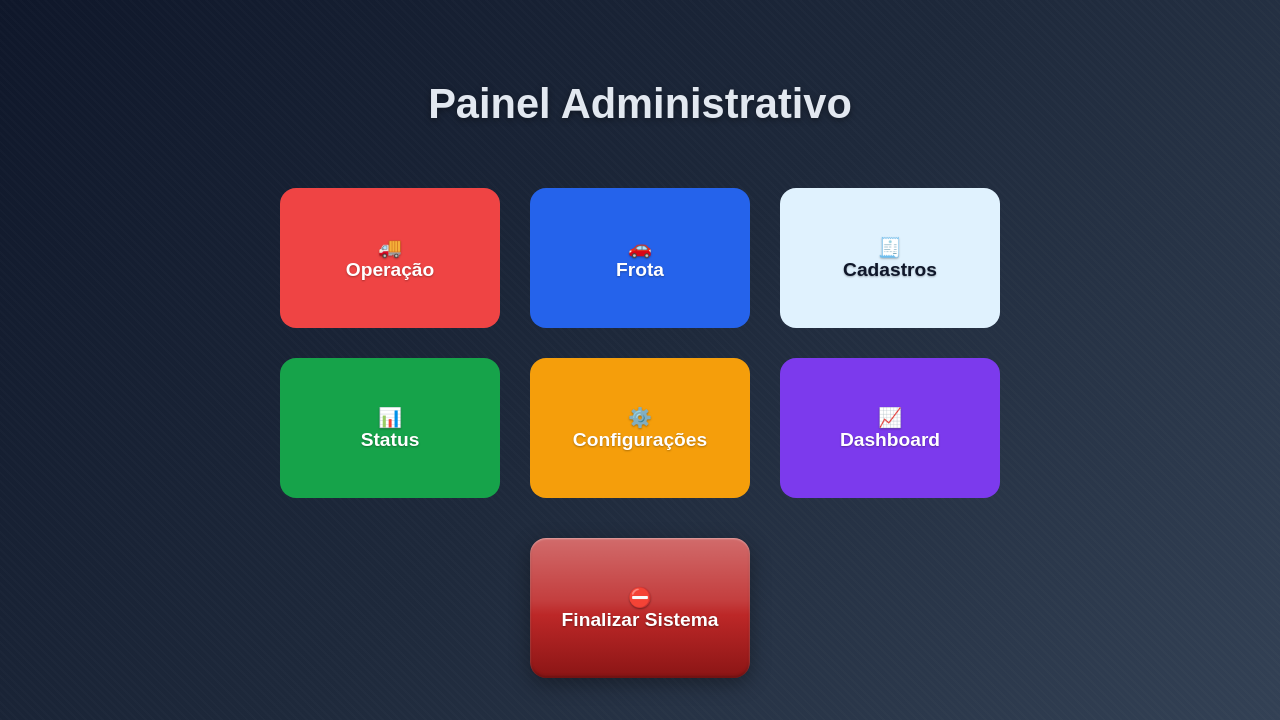
Repository: flaviofroes52/scv-vectoraLabs
Page: public/pages/painel.html
These files come from the project's save history. The page is drawn as it stood at one moment and after the next save; the edit follows.
The browser window is 1280 px wide. The pictures show the whole page.
The page's requests for data from a server got no answer.

Above is the page before, as saved 2025-11-28 09:37:57.
Console error: TypeError: Cannot read properties of null (reading 'addEventListener')

After the next save:
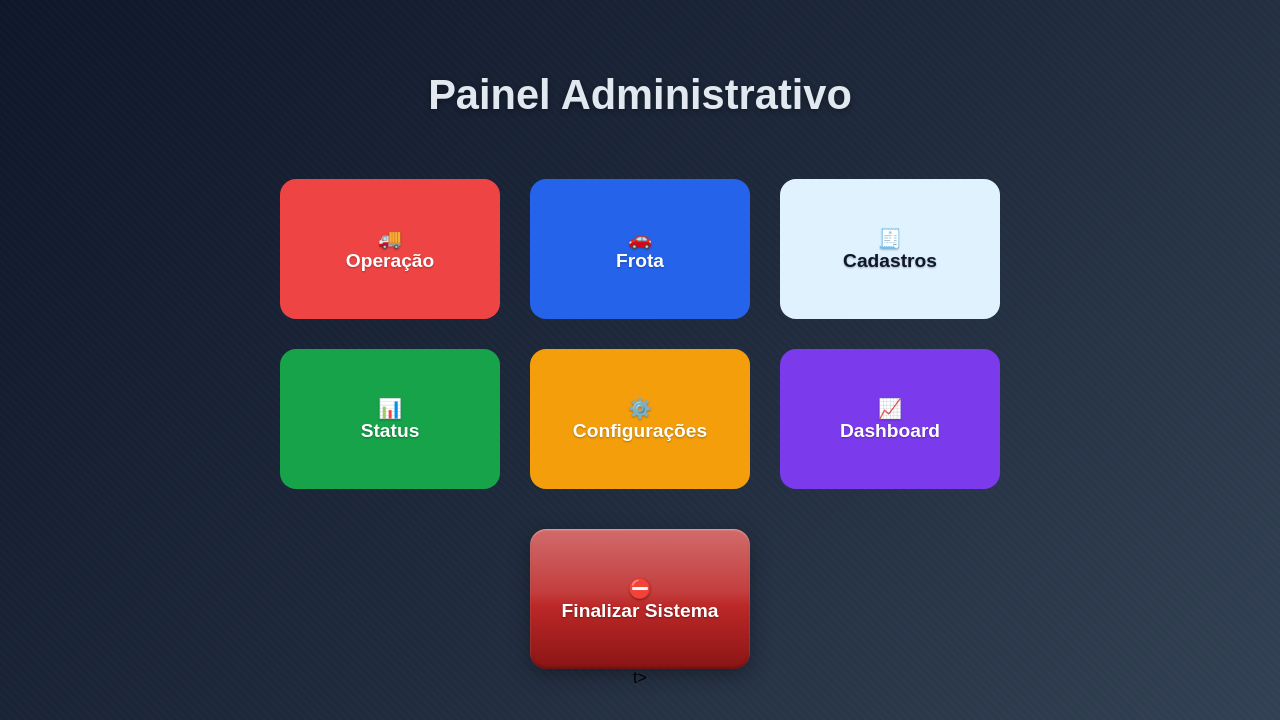
Saved 10 s later.
--- a/public/pages/painel.html
+++ b/public/pages/painel.html
@@ -94,7 +94,7 @@
       </div>
     </section>
 
-    <script type="module" src="./scripts/scripts.js"></script>
-    <script type="module" src="./scripts/modules/main.js"></script>
+    <script type="module" src="../scripts/modules/main.js"></script>
+<script type="module" src="../scripts/scripts.js"></script>t>
   </body>
 </html>

After the 3 saves that followed:
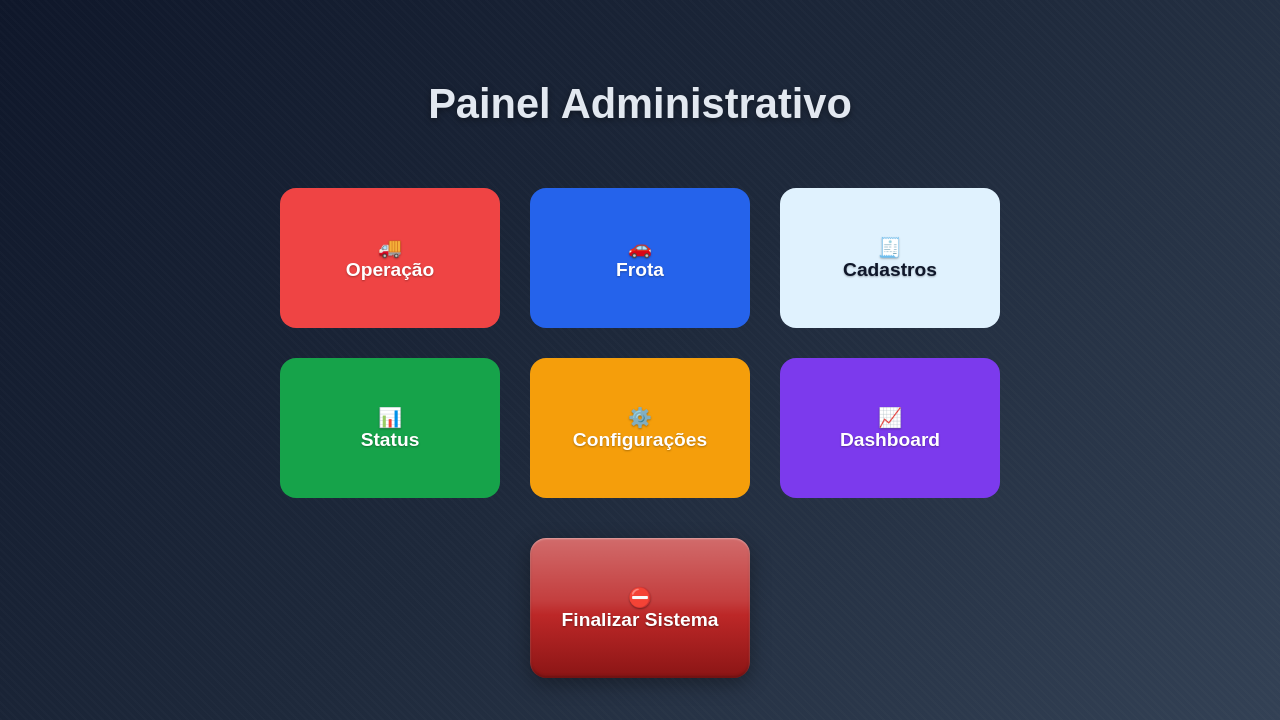
The 3 saves are shown as one change because 2 left the picture as it was.
The last was saved 5 min 18 s later.
--- a/public/pages/painel.html
+++ b/public/pages/painel.html
@@ -4,7 +4,7 @@
     <meta charset="UTF-8" />
     <meta name="viewport" content="width=device-width, initial-scale=1.0" />
     <title>Painel Administrativo — SCV</title>
-    <link rel="stylesheet" href="../styles/styles.css" />
+   <link rel="stylesheet" href="./public/styles/styles.css">
   </head>
 
   <body class="bodyMenu">
@@ -95,6 +95,6 @@
     </section>
 
     <script type="module" src="../scripts/modules/main.js"></script>
-<script type="module" src="../scripts/scripts.js"></script>t>
+<script type="module" src="./scripts/scripts.js"></script>
   </body>
 </html>
